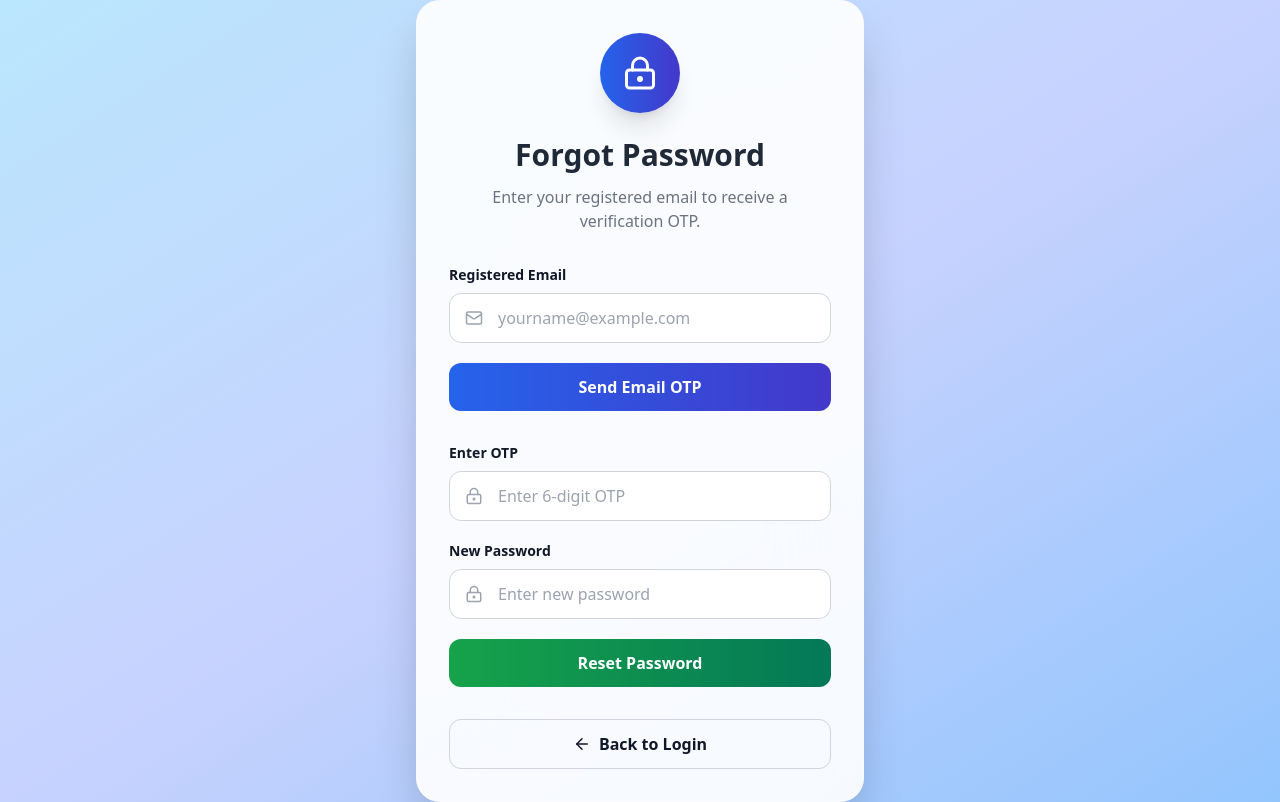
Repository: myselfsneha/diamond-square
Page: /forgot-password (app in frontend/)
An editor plug-in stored every save of this project. The page is shown before and after the next save, followed by the edit.
The browser window is 1280 px wide. The pictures show the whole page.
The project was rebuilt for these pictures with package versions that can differ from the ones it lists, and the page was loaded fresh each time. Also part of the build but not shown: frontend/src/components/ProtectedRoute.jsx, frontend/src/pages/Login.jsx, frontend/src/pages/Register.jsx, frontend/src/pages/VerifyOtp.jsx, frontend/src/components/DarkModeToggle.jsx, frontend/src/components/Navbar.jsx, frontend/src/pages/Dashboard.jsx, frontend/src/components/table/DataTable.jsx and 30 more.

Above is the page before, as saved 2026-09-06 12:40:11.

### frontend/src/index.js
import React from "react";
import ReactDOM from "react-dom/client";
import "./index.css";
import App from "./App";

const root = ReactDOM.createRoot(
  document.getElementById("root")
);

root.render(
  <React.StrictMode>
    <App />
  </React.StrictMode>
);

### frontend/src/context/ThemeContext.jsx
import { createContext, useContext, useEffect, useState } from "react";

const ThemeContext = createContext();

export const ThemeProvider = ({ children }) => {
  const [darkMode, setDarkMode] = useState(() => {
    const saved = localStorage.getItem("theme");

    if (saved) {
      return saved === "dark";
    }

    return window.matchMedia(
      "(prefers-color-scheme: dark)"
    ).matches;
  });

  useEffect(() => {
    const root = document.documentElement;

    if (darkMode) {
      root.classList.add("dark");
      localStorage.setItem("theme", "dark");
    } else {
      root.classList.remove("dark");
      localStorage.setItem("theme", "light");
    }
  }, [darkMode]);

  const toggleTheme = () => {
    setDarkMode((prev) => !prev);
  };

  return (
    <ThemeContext.Provider
      value={{
        darkMode,
        setDarkMode,
        toggleTheme,
      }}
    >
      {children}
    </ThemeContext.Provider>
  );
};

export const useTheme = () => useContext(ThemeContext);

### frontend/src/pages/ForgotPassword.jsx
import { useState } from "react";
import { Link, useNavigate } from "react-router-dom";
import { motion } from "framer-motion";
import {
  LockKeyhole,
  Mail,
  KeyRound,
  ArrowLeft,
  CheckCircle,
} from "lucide-react";
import { toast } from "react-toastify";
import api from "../services/api";

function ForgotPassword() {
  const navigate = useNavigate();

  const [email, setEmail] = useState("");
  const [otp, setOtp] = useState("");
  const [newPassword, setNewPassword] = useState("");

  const [loading, setLoading] = useState(false);
  const [otpSent, setOtpSent] = useState(false);

  const handleSendOTP = async (e) => {
    e.preventDefault();

    if (!email) {
      toast.error("Please enter your registered email.");
      return;
    }

    try {
      setLoading(true);

      await api.post("/auth/forgot-password", {
        email,
      });

      setOtpSent(true);

      toast.success("OTP sent to your registered email.");
    } catch (error) {
      toast.error(
        error.response?.data?.message ||
          "Unable to send OTP."
      );
    } finally {
      setLoading(false);
    }
  };

  const handleResetPassword = async (e) => {
    e.preventDefault();

    if (!otp || !newPassword) {
      toast.error("Please fill all fields.");
      return;
    }

    if (newPassword.length < 8) {
      toast.error("Password must contain at least 8 characters.");
      return;
    }

    try {
      setLoading(true);

      await api.post("/auth/reset-password", {
        email,
        otp,
        newPassword,
      });

      toast.success("Password reset successfully.");

      setTimeout(() => {
        navigate("/");
      }, 1500);
    } catch (error) {
      toast.error(
        error.response?.data?.message ||
          "Unable to reset password."
      );
    } finally {
      setLoading(false);
    }
  };

  return (
    <div className="min-h-screen flex items-center justify-center bg-gradient-to-br from-sky-200 via-indigo-200 to-blue-300 dark:from-slate-950 dark:via-gray-900 dark:to-black px-5">

      <motion.div
        initial={{ opacity: 0, y: 25 }}
        animate={{ opacity: 1, y: 0 }}
        className="w-full max-w-md"
      >

        <div className="backdrop-blur-2xl bg-white/90 dark:bg-gray-900/90 rounded-3xl shadow-2xl border border-white/20 p-8">

          <div className="mx-auto flex h-20 w-20 items-center justify-center rounded-full bg-gradient-to-r from-blue-600 to-indigo-700 text-white shadow-xl mb-6">
            {otpSent ? (
              <KeyRound size={36} />
            ) : (
              <LockKeyhole size={36} />
            )}
          </div>

          <h1 className="text-3xl font-bold text-center text-gray-800 dark:text-white">
            Forgot Password
          </h1>

          <p className="mt-3 text-center text-gray-500 dark:text-gray-400">
            Enter your registered email to receive a verification OTP.
          </p>
                    {!otpSent ? (
            <form onSubmit={handleSendOTP} className="mt-8 space-y-5">

              <div>
                <label className="mb-2 block text-sm font-semibold">
                  Registered Email
                </label>

                <div className="relative">
                  <Mail
                    size={18}
                    className="absolute left-4 top-1/2 -translate-y-1/2 text-gray-400"
                  />

                  <input
                    type="email"
                    value={email}
                    onChange={(e) => setEmail(e.target.value)}
                    placeholder="yourname@example.com"
                    className="w-full rounded-xl border border-gray-300 py-3 pl-12 pr-4 dark:border-gray-700 dark:bg-gray-800 dark:text-white"
                  />
                </div>
              </div>

              <button
                type="submit"
                disabled={loading}
                className="flex w-full items-center justify-center rounded-xl bg-gradient-to-r from-blue-600 to-indigo-700 py-3 font-semibold text-white transition hover:scale-[1.02] disabled:opacity-60"
              >
                {loading ? (
                  <span className="h-5 w-5 animate-spin rounded-full border-2 border-white border-t-transparent" />
                ) : (
                  "Send Email OTP"
                )}
              </button>

            </form>
          ) : (
            <form
              onSubmit={handleResetPassword}
              className="mt-8 space-y-5"
            >

              <div className="rounded-2xl bg-green-50 dark:bg-green-900/30 border border-green-200 dark:border-green-700 p-4 text-center">

                <CheckCircle
                  size={40}
                  className="mx-auto text-green-600 mb-2"
                />

                <p className="text-sm text-gray-700 dark:text-gray-300">
                  OTP has been sent to your registered email.
                </p>

              </div>

              <div>
                <label className="mb-2 block text-sm font-semibold">
                  Verification OTP
                </label>

                <input
                  type="text"
                  maxLength={6}
                  value={otp}
                  onChange={(e) => setOtp(e.target.value)}
                  placeholder="Enter 6-digit OTP"
                  className="w-full rounded-xl border border-gray-300 py-3 px-4 dark:border-gray-700 dark:bg-gray-800 dark:text-white"
                />
              </div>
                            <div>
                <label className="mb-2 block text-sm font-semibold">
                  New Password
                </label>

                <div className="relative">
                  <LockKeyhole
                    size={18}
                    className="absolute left-4 top-1/2 -translate-y-1/2 text-gray-400"
                  />

                  <input
                    type="password"
                    value={newPassword}
                    onChange={(e) => setNewPassword(e.target.value)}
                    placeholder="Enter new password"
                    className="w-full rounded-xl border border-gray-300 py-3 pl-12 pr-4 dark:border-gray-700 dark:bg-gray-800 dark:text-white"
                  />
                </div>
              </div>

              <button
                type="submit"
                disabled={loading}
                className="flex w-full items-center justify-center rounded-xl bg-gradient-to-r from-green-600 to-emerald-700 py-3 font-semibold text-white transition hover:scale-[1.02] disabled:opacity-60"
              >
                {loading ? (
                  <span className="h-5 w-5 animate-spin rounded-full border-2 border-white border-t-transparent" />
                ) : (
                  "Reset Password"
                )}
              </button>

            </form>
          )}
                      <div className="mt-8 space-y-5">
              <div>
                <label className="mb-2 block text-sm font-semibold">
                  Enter OTP
                </label>

                <div className="relative">
                  <LockKeyhole
                    size={18}
                    className="absolute left-4 top-1/2 -translate-y-1/2 text-gray-400"
                  />

                  <input
                    type="text"
                    maxLength={6}
                    value={otp}
                    onChange={(e) => setOtp(e.target.value)}
                    placeholder="Enter 6-digit OTP"
                    className="w-full rounded-xl border border-gray-300 py-3 pl-12 pr-4 dark:border-gray-700 dark:bg-gray-800 dark:text-white"
                  />
                </div>
              </div>

              <div>
                <label className="mb-2 block text-sm font-semibold">
                  New Password
                </label>

                <div className="relative">
                  <LockKeyhole
                    size={18}
                    className="absolute left-4 top-1/2 -translate-y-1/2 text-gray-400"
                  />

                  <input
                    type="password"
                    value={newPassword}
                    onChange={(e) => setNewPassword(e.target.value)}
                    placeholder="Enter new password"
                    className="w-full rounded-xl border border-gray-300 py-3 pl-12 pr-4 dark:border-gray-700 dark:bg-gray-800 dark:text-white"
                  />
                </div>
              </div>

              <button
                onClick={handleResetPassword}
                disabled={loading}
                className="flex w-full items-center justify-center rounded-xl bg-gradient-to-r from-green-600 to-emerald-700 py-3 font-semibold text-white transition hover:scale-[1.02] disabled:opacity-60"
              >
                {loading ? (
                  <span className="h-5 w-5 animate-spin rounded-full border-2 border-white border-t-transparent" />
                ) : (
                  "Reset Password"
                )}
              </button>
            </div>
                      <Link
            to="/"
            className="mt-8 flex items-center justify-center gap-2 rounded-xl border border-gray-300 py-3 font-semibold hover:bg-gray-50 dark:border-gray-700 dark:hover:bg-gray-800 transition"
          >
            <ArrowLeft size={18} />
            Back to Login
          </Link>

        </div>

      </motion.div>

    </div>
  );
}

export default ForgotPassword;

### frontend/src/services/api.js
import axios from "axios";
import { toast } from "react-toastify";

const BASE_URL =
  process.env.REACT_APP_API_URL ||
  "http://localhost:5000/api";

const api = axios.create({
  baseURL: BASE_URL,
  timeout: 30000,
  headers: {
    "Content-Type": "application/json",
    Accept: "application/json",
  },
});

let redirecting = false;

api.interceptors.request.use(
  (config) => {
    const token = localStorage.getItem("token");

    if (token) {
      config.headers.Authorization = `Bearer ${token}`;
    }

    config.headers["X-App-Version"] = "2.0";
    config.headers["X-Requested-With"] = "XMLHttpRequest";

    return config;
  },
  (error) => Promise.reject(error)
);

api.interceptors.response.use(
  (response) => response,
  (error) => {
    const status = error.response?.status;
    const message =
      error.response?.data?.message ||
      "Something went wrong.";

    switch (status) {
      case 400:
        toast.error(message);
        break;

      case 401:
        if (!redirecting) {
          redirecting = true;

          toast.error("Session expired. Please login again.");

          localStorage.clear();
          sessionStorage.clear();

          setTimeout(() => {
            window.location.href = "/";
            redirecting = false;
          }, 800);
        }
        break;

      case 403:
        toast.warning(message);
        break;

      case 404:
        toast.error(message);
        break;

      case 409:
        toast.warning(message);
        break;

      case 422:
        toast.warning(message);
        break;

      case 429:
        toast.warning("Too many requests.");
        break;

      case 500:
        toast.error("Internal Server Error.");
        break;

      default:
        if (!error.response) {
          toast.error(
            "Unable to connect to server."
          );
        }
    }

    return Promise.reject(error);
  }
);

// ======================
// Auth Helpers
// ======================

export const auth = {
  getToken() {
    return localStorage.getItem("token");
  },

  getUser() {
    try {
      return JSON.parse(
        localStorage.getItem("user") || "null"
      );
    } catch {
      return null;
    }
  },

  getRole() {
    return localStorage.getItem("role");
  },

  isLoggedIn() {
    return !!localStorage.getItem("token");
  },

  login(data) {
    localStorage.setItem("token", data.token);
    localStorage.setItem(
      "user",
      JSON.stringify(data.user)
    );
    localStorage.setItem(
      "role",
      data.user.role
    );
  },

  logout() {
    localStorage.clear();
    sessionStorage.clear();
  },
};

// ======================
// Authentication
// ======================

export const register = (data) =>
  api.post("/auth/register", data);

export const login = (data) =>
  api.post("/auth/login", data);

export const verifyOTP = (data) =>
  api.post("/auth/verify-otp", data);

export const verifyOTPCode = (data) =>
  api.post("/auth/verify-otp-code", data);

export const forgotPassword = (data) =>
  api.post("/auth/forgot-password", data);

export const resetPassword = (data) =>
  api.post("/auth/reset-password", data);

// ======================
// Profile
// ======================

export const getProfile = () =>
  api.get("/auth/profile");

export const updateProfile = (data) =>
  api.put("/auth/profile", data);

export const changePassword = (data) =>
  api.put("/auth/change-password", data);

export const uploadProfileImage = (formData) =>
  api.post(
    "/auth/upload-profile-image",
    formData,
    {
      headers: {
        "Content-Type":
          "multipart/form-data",
      },
    }
  );

// ======================
// Dashboard
// ======================

export const switchDashboard = (data) =>
  api.post("/auth/switch-dashboard", data);

export const logout = () =>
  api.post("/auth/logout");

// ======================
// Default Export
// ======================

export default api;

### frontend/tailwind.config.js
module.exports = {
  darkMode: "class",

  content: [
    "./index.html",
    "./src/**/*.{js,ts,jsx,tsx}",
  ],

  theme: {
    extend: {},
  },

  plugins: [],
};

Loaded but not shown: frontend/public/index.html (common file); frontend/src/index.css (common file); frontend/src/App.js (331 lines, source omitted)

After the next save:
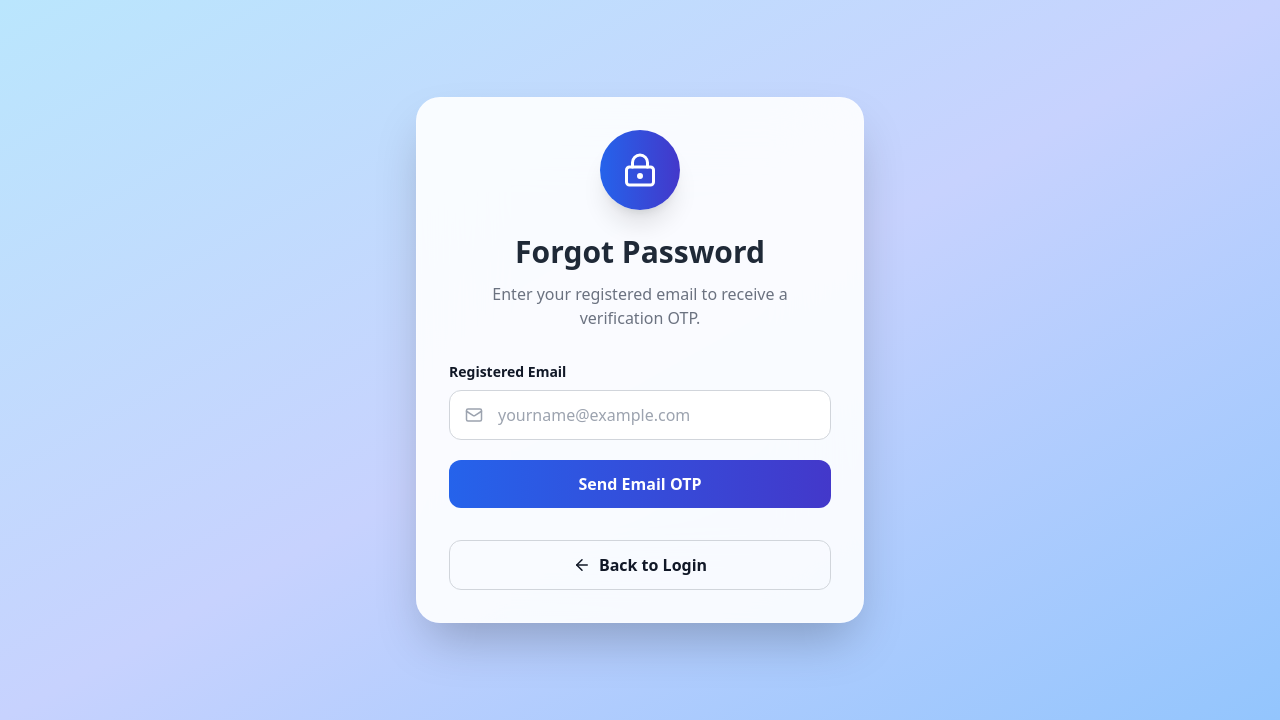
Saved 2 min 56 s later.
--- a/frontend/src/pages/ForgotPassword.jsx
+++ b/frontend/src/pages/ForgotPassword.jsx
@@ -168,7 +168,7 @@ function ForgotPassword() {
 
               </div>
 
-              <div>
+                            <div>
                 <label className="mb-2 block text-sm font-semibold">
                   Verification OTP
                 </label>
@@ -182,7 +182,8 @@ function ForgotPassword() {
                   className="w-full rounded-xl border border-gray-300 py-3 px-4 dark:border-gray-700 dark:bg-gray-800 dark:text-white"
                 />
               </div>
-                            <div>
+
+              <div>
                 <label className="mb-2 block text-sm font-semibold">
                   New Password
                 </label>
@@ -217,63 +218,8 @@ function ForgotPassword() {
 
             </form>
           )}
-                      <div className="mt-8 space-y-5">
-              <div>
-                <label className="mb-2 block text-sm font-semibold">
-                  Enter OTP
-                </label>
-
-                <div className="relative">
-                  <LockKeyhole
-                    size={18}
-                    className="absolute left-4 top-1/2 -translate-y-1/2 text-gray-400"
-                  />
-
-                  <input
-                    type="text"
-                    maxLength={6}
-                    value={otp}
-                    onChange={(e) => setOtp(e.target.value)}
-                    placeholder="Enter 6-digit OTP"
-                    className="w-full rounded-xl border border-gray-300 py-3 pl-12 pr-4 dark:border-gray-700 dark:bg-gray-800 dark:text-white"
-                  />
-                </div>
-              </div>
-
-              <div>
-                <label className="mb-2 block text-sm font-semibold">
-                  New Password
-                </label>
-
-                <div className="relative">
-                  <LockKeyhole
-                    size={18}
-                    className="absolute left-4 top-1/2 -translate-y-1/2 text-gray-400"
-                  />
-
-                  <input
-                    type="password"
-                    value={newPassword}
-                    onChange={(e) => setNewPassword(e.target.value)}
-                    placeholder="Enter new password"
-                    className="w-full rounded-xl border border-gray-300 py-3 pl-12 pr-4 dark:border-gray-700 dark:bg-gray-800 dark:text-white"
-                  />
-                </div>
-              </div>
-
-              <button
-                onClick={handleResetPassword}
-                disabled={loading}
-                className="flex w-full items-center justify-center rounded-xl bg-gradient-to-r from-green-600 to-emerald-700 py-3 font-semibold text-white transition hover:scale-[1.02] disabled:opacity-60"
-              >
-                {loading ? (
-                  <span className="h-5 w-5 animate-spin rounded-full border-2 border-white border-t-transparent" />
-                ) : (
-                  "Reset Password"
-                )}
-              </button>
-            </div>
-                      <Link
+
+          <Link
             to="/"
             className="mt-8 flex items-center justify-center gap-2 rounded-xl border border-gray-300 py-3 font-semibold hover:bg-gray-50 dark:border-gray-700 dark:hover:bg-gray-800 transition"
           >
